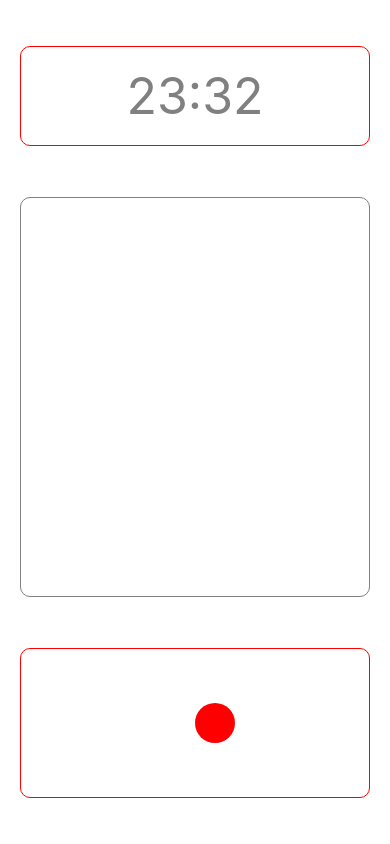
Repository: sonnke/imageResizer
Screen: /
These files come from the project's save history. The screen is drawn as it stood at one moment and after the next save; the edit follows.
The app was drawn by React Native's web renderer in a window 390 px wide. The project was rebuilt for these pictures with package versions that can differ from the ones it lists, and the page was loaded fresh each time.

Above is the screen before, as saved 2020-02-02 14:08:54.

### App.tsx
import React, { useState } from 'react';
import { StyleSheet, Text, View } from 'react-native';
import { Slider } from 'react-native-elements';
import styled from 'styled-components/native';

const MainContainer = styled.View`
  flex: 1;
  flex-direction: column;
  align-items: center;
  justify-content: space-around;
  padding: 20px;
`;

const StopWatch = styled.View`
  width: 100%;
  height: 100px;
  border-width: 1px;
  border-color: red;
  border-radius: 10px;
  justify-content: center;
  align-items: center;
`;

const ImageContainer = styled.View`
  width: 100%;
  height: 400px;
  border-width: 1px;
  border-color: grey;
  border-radius: 10px;
  justify-content: center;
  align-items: center;
`;

const SliderContainer = styled.View`
  width: 100%;
  height: 150px;
  border-width: 1px;
  border-color: red;
  border-radius: 10px;
  justify-content: center;
  align-items: center;
`;

const StopWatchText = styled.Text`
  font-size: 50px;
  color: grey;
`;

export default function App() {
  const [sliderNum, setSliderNum] = useState<number>(0);

  return (
    <MainContainer>
      <StopWatch>
        <StopWatchText>23:32</StopWatchText>
      </StopWatch>
      <ImageContainer></ImageContainer>
      <SliderContainer>
        <Slider
          value={sliderNum}
          onValueChange={value => setSliderNum(value)}
          maximumValue={100}
          animateTransitions={true}
          minimumTrackTintColor={"#808080"}
          trackStyle={{
            backgroundColor: "#808080",
            width: "100%"
          }}
        />
      </SliderContainer>
    </MainContainer>
  );
}

After the next save:
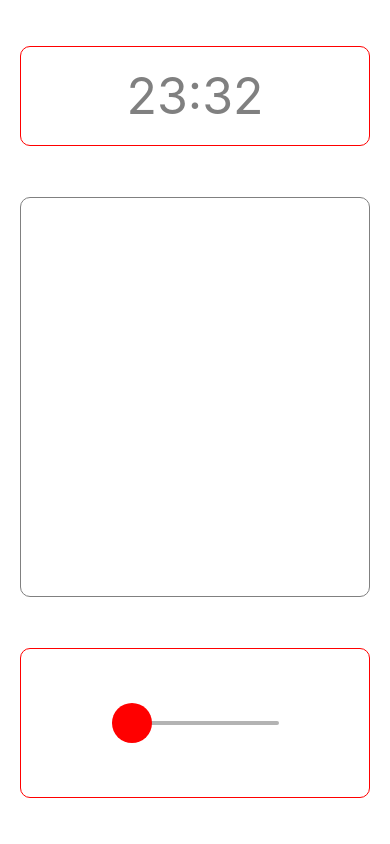
Saved 4 h 22 min later.
--- a/App.tsx
+++ b/App.tsx
@@ -64,7 +64,7 @@ export default function App() {
           minimumTrackTintColor={"#808080"}
           trackStyle={{
             backgroundColor: "#808080",
-            width: "100%"
+            width: "167px"
           }}
         />
       </SliderContainer>
